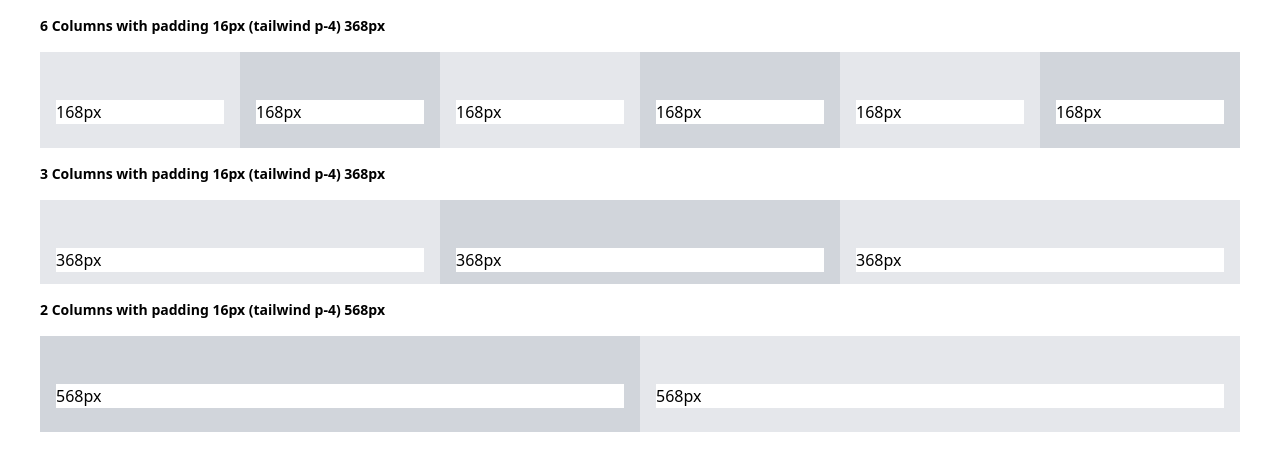
Repository: fabianwurk/vue-tailwind
Page: /
The author's editor kept a copy of each file at every save. The page is drawn from the files as they stood at one save, then again after the next save.
The browser window is 1280 px wide. The pictures show the whole page.
The project was rebuilt for these pictures with package versions that can differ from the ones it lists, and the page was loaded fresh each time. Also part of the build but not shown: vite.config.js.

Above is the page before, as saved 2021-03-15 23:40:55.

After the next save:
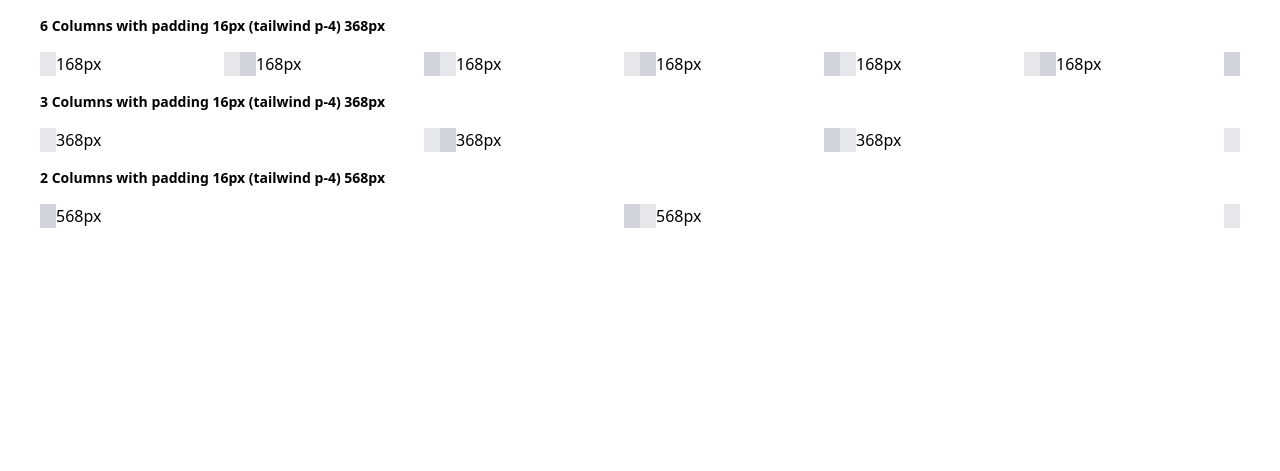
Saved 97 s later.
--- a/src/components/Tail.vue
+++ b/src/components/Tail.vue
@@ -4,22 +4,22 @@
   <div class="container mx-auto">
     <h2 class="text-sm font-bold my-4">6 Columns with padding 16px (tailwind p-4) {{ threeCol }}</h2>
     <div class="flex items-center">
-      <div class="w-1/6 bg-gray-200 pb-6 pt-12 px-4">
+      <div class="w-1/6 bg-gray-200 {{ rowSep }} px-4">
         <span class="bg-white w-full block">{{ sixCol }}</span>
       </div>
-      <div class="w-1/6 bg-gray-300 pb-6 pt-12 px-4">
+      <div class="w-1/6 bg-gray-300 {{ rowSep }} px-4">
         <span class="bg-white w-full block">{{ sixCol }}</span>
       </div>
-      <div class="w-1/6 bg-gray-200 pb-6 pt-12 px-4">
+      <div class="w-1/6 bg-gray-200 {{ rowSep }} px-4">
         <span class="bg-white w-full block">{{ sixCol }}</span>
       </div>
-      <div class="w-1/6 bg-gray-300 pb-6 pt-12 px-4">
+      <div class="w-1/6 bg-gray-300 {{ rowSep }} px-4">
         <span class="bg-white w-full block">{{ sixCol }}</span>
       </div>
-      <div class="w-1/6 bg-gray-200 pb-6 pt-12 px-4">
+      <div class="w-1/6 bg-gray-200 {{ rowSep }} px-4">
         <span class="bg-white w-full block">{{ sixCol }}</span>
       </div>
-      <div class="w-1/6 bg-gray-300 pb-6 pt-12 px-4">
+      <div class="w-1/6 bg-gray-300 {{ rowSep }} px-4">
         <span class="bg-white w-full block">{{ sixCol }}</span>
       </div>
     </div>
@@ -28,13 +28,13 @@
   <div class="container mx-auto">
     <h2 class="text-sm font-bold my-4">3 Columns with padding 16px (tailwind p-4) {{ threeCol }}</h2>
     <div class="flex items-center">
-      <div class="w-1/3 bg-gray-200 pb-3 pt-12 px-4">
+      <div class="w-1/3 bg-gray-200 {{ rowSep }} px-4">
         <span class="bg-white w-full block">{{ threeCol }}</span>
       </div>
-      <div class="w-1/3 bg-gray-300 pb-3 pt-12 px-4">
+      <div class="w-1/3 bg-gray-300 {{ rowSep }} px-4">
         <span class="bg-white w-full block">{{ threeCol }}</span>
       </div>
-      <div class="w-1/3 bg-gray-200 pb-3 pt-12 px-4">
+      <div class="w-1/3 bg-gray-200 {{ rowSep }} px-4">
         <span class="bg-white w-full block">{{ threeCol }}</span>
       </div>
     </div>
@@ -43,10 +43,10 @@
   <div class="container mx-auto">
     <h2 class="text-sm font-bold my-4">2 Columns with padding 16px (tailwind p-4) {{ twoCol }}</h2>
     <div class="flex items-center">
-      <div class="w-1/2 bg-gray-300 pb-6 pt-12 px-4">
+      <div class="w-1/2 bg-gray-300 {{ rowSep }} px-4">
         <span class="bg-white w-full block">{{ twoCol }}</span>
       </div>
-      <div class="w-1/2 bg-gray-200 pb-6 pt-12 px-4">
+      <div class="w-1/2 bg-gray-200 {{ rowSep }} px-4">
         <span class="bg-white w-full block">{{ twoCol }}</span>
       </div>
     </div>
@@ -62,6 +62,7 @@ export default {
       sixCol: "168px",
       threeCol: "368px",
       twoCol: "568px",
+      rowSep: "mb-4 mt-12",
     };
   },
 }
